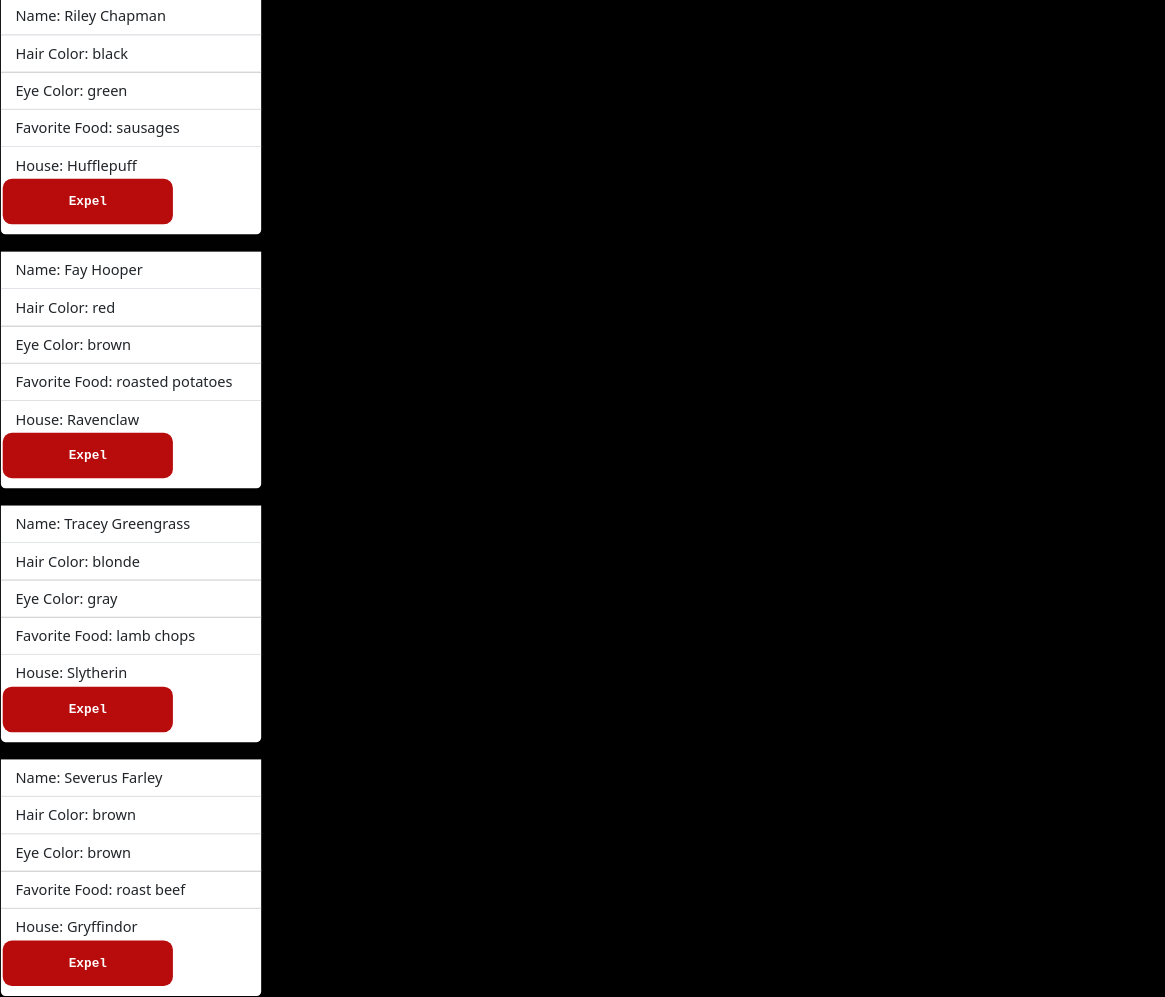
Repository: jontslater/INDIVIDUAL-PROJECT-sorting-hat
Page: index.html
These files come from the project's save history. The page is drawn as it stood at one moment and after the next save; the edit follows.
The browser window is 1280 px wide. The pictures show the part of the page from y = 538 to 1634 px (the page is 1634 px tall), at 91% of full size.
A picture or video elsewhere on the page could not be fetched, so the positions and the page height are approximate.

Above is the page before, as saved 2023-11-01 16:41:02.

After the next save:
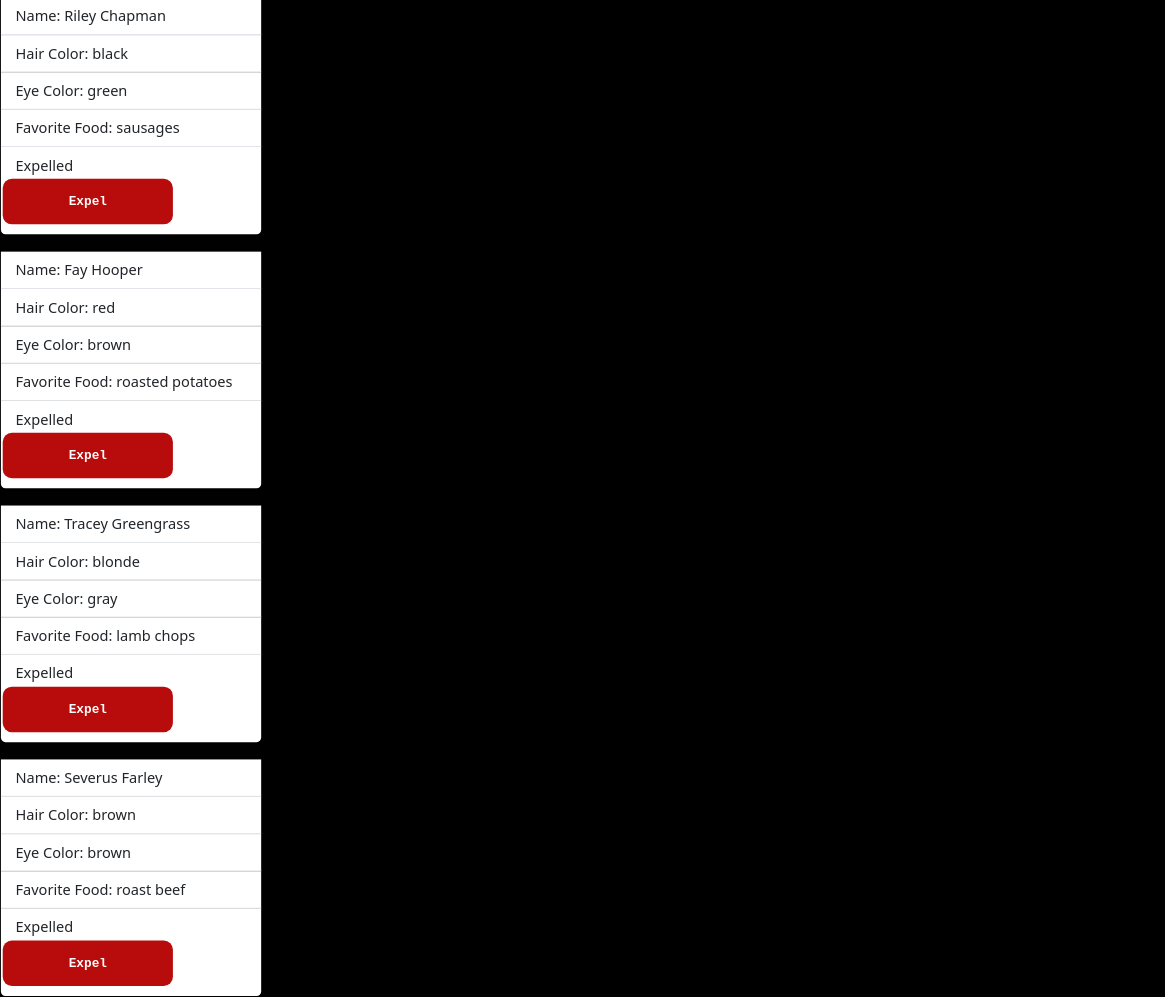
Saved 2 min 43 s later.
--- a/main.js
+++ b/main.js
@@ -60,7 +60,7 @@
       <li class="list-group-item">Hair Color: ${student.hairColor}
       <li class="list-group-item">Eye Color: ${student.eyeColor}
       <li class="list-group-item"> Favorite Food: ${student.favoriteFood}
-      <li class="list-group-item"> House: ${student.house}
+      <li class="list-group-item"> Expelled
       <button type="button" id="expel--${student.id}" class="btn-warning">Expel</button>
     </ul>
   </div>`

After the save that followed:
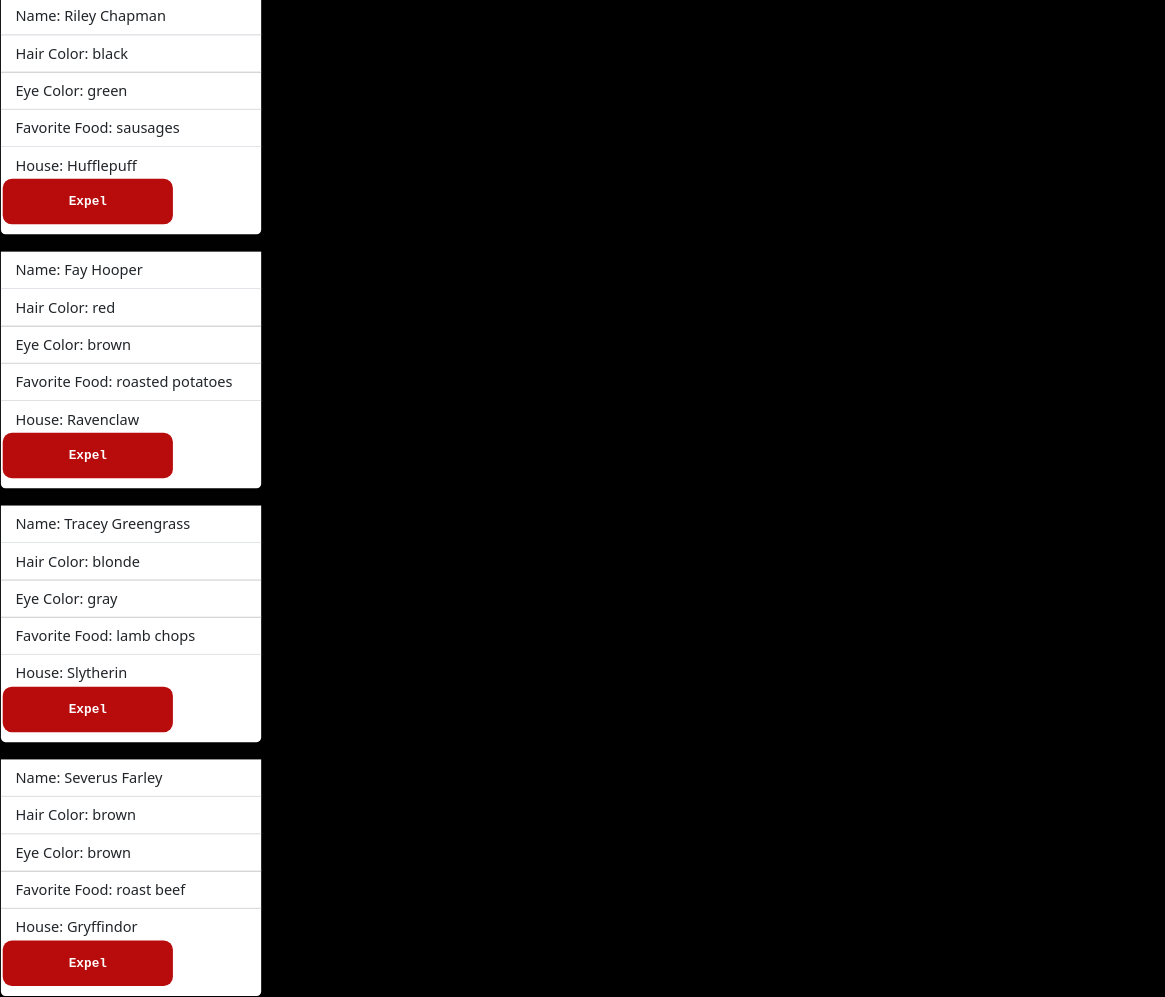
Saved 33 s later.
--- a/main.js
+++ b/main.js
@@ -60,7 +60,7 @@
       <li class="list-group-item">Hair Color: ${student.hairColor}
       <li class="list-group-item">Eye Color: ${student.eyeColor}
       <li class="list-group-item"> Favorite Food: ${student.favoriteFood}
-      <li class="list-group-item"> Expelled
+      <li class="list-group-item"> House: ${student.house}
       <button type="button" id="expel--${student.id}" class="btn-warning">Expel</button>
     </ul>
   </div>`
